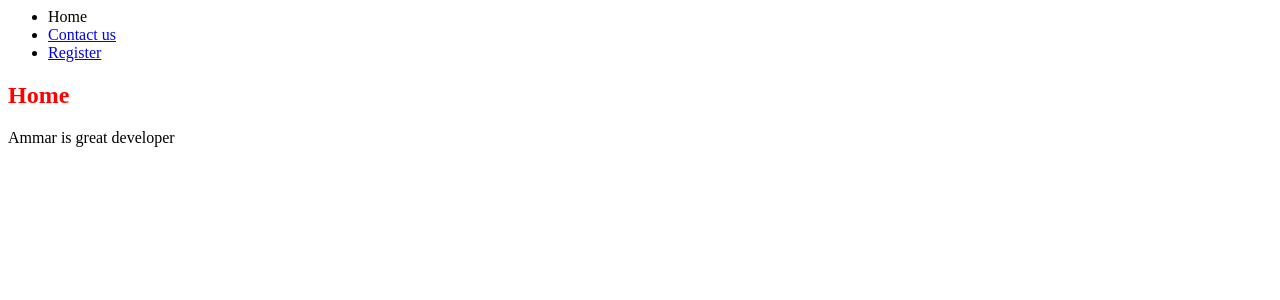
Repository: engammar111/css
Page: index.html
An editor plug-in stored every save of this project. The page is shown before and after the next save, followed by the edit.
The browser window is 1280 px wide. The pictures show the whole page.

Above is the page before, as saved 2021-07-31 13:52:19.

After the next save:
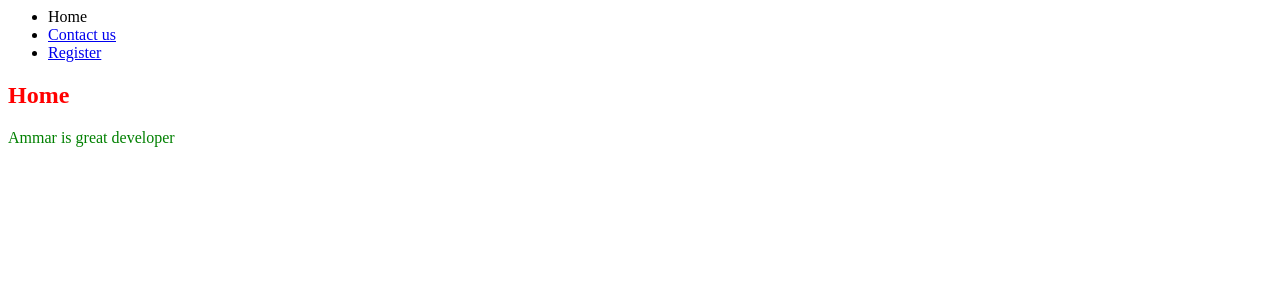
Saved 46 s later.
--- a/style.css
+++ b/style.css
@@ -5,3 +5,7 @@
 h1 {
   color: red;
 }
+
+p {
+  color: green;
+}
